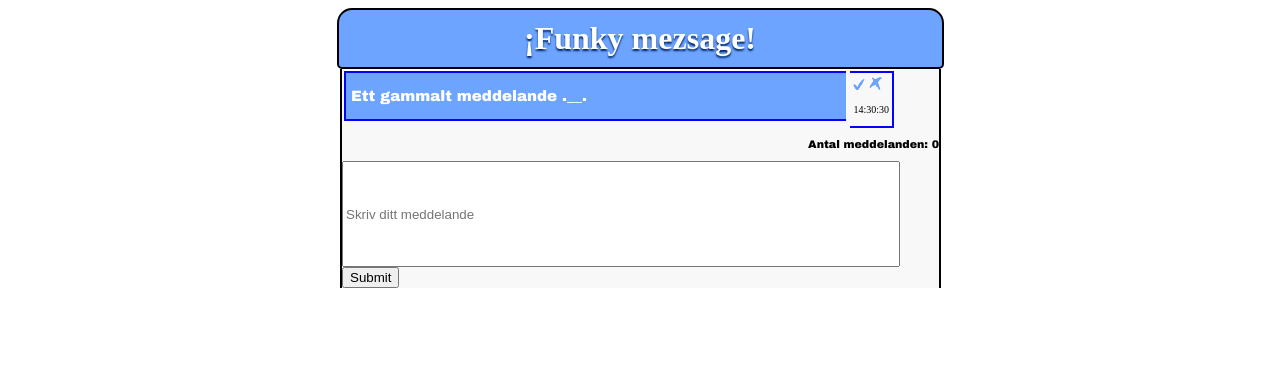
Repository: sk222sw/1dv403-laborationer
Page: 2-labbymezzage/index.html
The author's editor kept a record of every edit. The page is drawn from the files as they stood at one moment, then again after the next edit.
The browser window is 1280 px wide. The pictures show the whole page.

Above is the page before.

After the next edit:
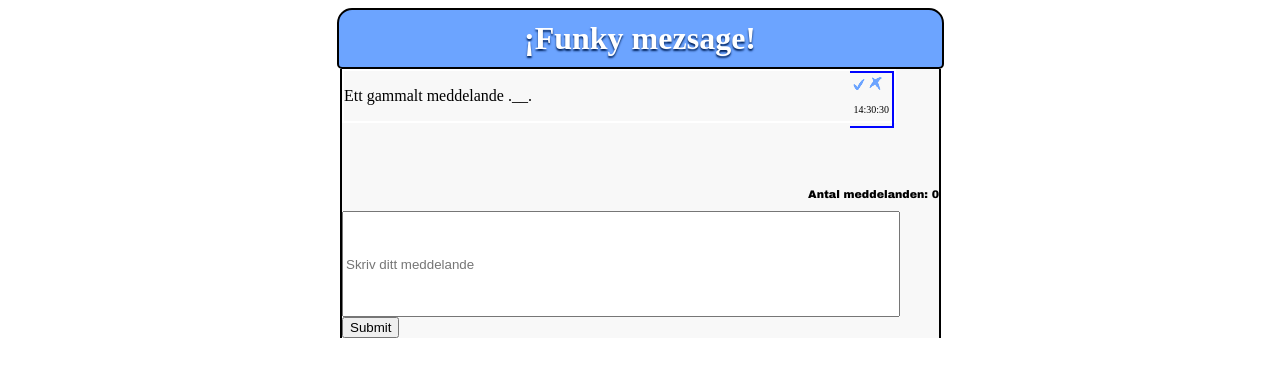
The edit:
--- a/2-labbymezzage/index.html
+++ b/2-labbymezzage/index.html
@@ -25,8 +25,9 @@
                             <p class="time">14:30:30</p>
                         </div>
 
-                        <div id="oldMessageText">
-                            <p class="msgText">Ett gammalt meddelande .__.</p>
+
+                        <div id="messageDiv">
+                            <p id="msgText">Ett gammalt meddelande .__.</p>
                         </div>
                     </section>
 
